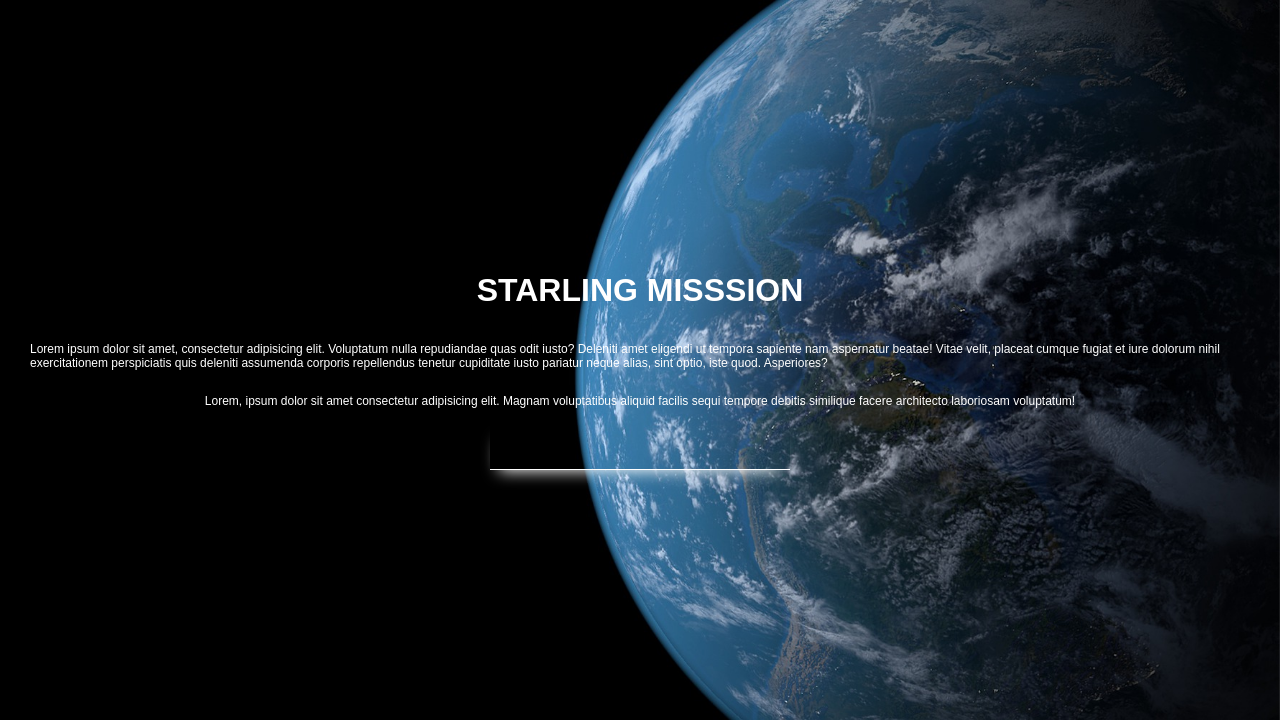
Repository: PJasiczek/vue-shop
Page: /
An editor plug-in stored every save of this project. The page is shown before and after the next save, followed by the edit.
The browser window is 1280 px wide. The pictures show the whole page.
The first visible `input` has the focus.
Some web fonts or font styles are not loaded; a fallback is used. The project was rebuilt for these pictures with package versions that can differ from the ones it lists, and the page was loaded fresh each time.

Above is the page before, as saved 2020-04-06 17:10:41.

### src/App.vue
<template>
  <div class="wrapper">
    <BackgroundImage/>
    <Claim/>
    <SearchInput/>
  </div>
</template>

<script>

import debounce from 'lodash/debounce';

import Claim from '@/components/Claim.vue';

import SearchInput from '@/components/SearchInput.vue';

import BackgroundImage from '@/components/BackgroundImage.vue';

const axios = require('axios');

const API = 'https://api.spacexdata.com/v3/launches?rocket_name=';

export default {
  name: 'Search',
  components: {
    Claim, SearchInput, BackgroundImage,
  },
  data() {
    return {
      searchValue: '',
      results: [],
    };
  },
  methods: {
    // eslint-disable-next-line
    handleInput: debounce(function() {
      axios.get(`${API}${this.searchValue}`)
        .then((response) => {
          this.results = response.data;
          console.log(response.data);
        }).catch((error) => {
          console.log(error);
        });
    }, 500),
  },
};
</script>

<style lang="scss">
  @import url('https://fonts.googleapis.com/css2?family=Baloo+Thambi+2:wght@400;500;600;700;800&display=swap');
  *{
    box-sizing: border-box;
  }

  body{
    margin: 0;
    padding: 0;
    font-family: 'Baloo Thambi 2', sans-serif;
  }
  .wrapper{
    display: flex;
    width: 100%;
    min-height: 100vh;
    flex-direction: column;
    justify-content: center;
    align-items: center;
    margin: 0;
    padding: 30px;
  }

</style>

### src/components/Claim.vue
<template>
  <div class="claimWrapper">
      <h1 class="claim">STARLING MISSSION</h1>
      <p class="subclaim">Lorem ipsum dolor sit amet, consectetur adipisicing elit. Voluptatum nulla repudiandae quas odit iusto? Deleniti amet eligendi ut tempora sapiente nam aspernatur beatae! Vitae velit, placeat cumque fugiat et iure dolorum nihil exercitationem perspiciatis quis deleniti assumenda corporis repellendus tenetur cupiditate iusto pariatur neque alias, sint optio, iste quod. Asperiores?</p>
      <p class="subclaim">Lorem, ipsum dolor sit amet consectetur adipisicing elit. Magnam voluptatibus aliquid facilis sequi tempore debitis similique facere architecto laboriosam voluptatum!</p>
  </div>
</template>

<script>
/* eslint-disable eol-last */
export default {
  name: 'Claim',
};
</script>
<style lang="scss" scoped>
.claimWrapper{
    display: flex;
    flex-direction: column;
    justify-content: center;
    align-items: center;
    color: #ffffff;

    .h1{

    }

    .subclaim{
        font-size: 12px;
    }
}

</style>

### src/components/SearchInput.vue
<template>
    <div class="searchWrapper">
      <input id="search" name="search" v-model="searchValue" @input="handleInput"/>
    </div>
</template>

<script>
/* eslint-disable eol-last */
export default {
  name: 'SearchInput',
};
</script>

<style lang="scss" scoped>
.searchWrapper{
  display: flex;
  flex-direction: column;
  align-items: center;

  input{
    height: 50px;
    width: 250px;
    border: 0;
    text-align: center;
    border-bottom: 1px solid #ffffff;
    background: none;
    transition: box-shadow .5s, width 0.25s ease-in-out;
    color: #ffffff;
  }

  input:focus{
      outline: none;
      box-shadow: -1px 11px 16px -10px #ffffff;
      width: 300px;
  }
}
</style>

### src/components/BackgroundImage.vue
<template>
  <div class="backgroudImage"/>
</template>

<script>
/* eslint-disable eol-last */
export default {
  name: 'BackgroudImage',
};
</script>
<style lang="scss" scoped>
.backgroudImage{
    position: fixed;
    top: 0;
    z-index: -1;
    width: 100%;
    height: 100vh;
    background: url('../assets/4.jpg');
    background-repeat: no-repeat;
    background-size: cover;
}

</style>

Loaded but not shown: public/index.html (common file); src/main.js (common file)

After the next save:
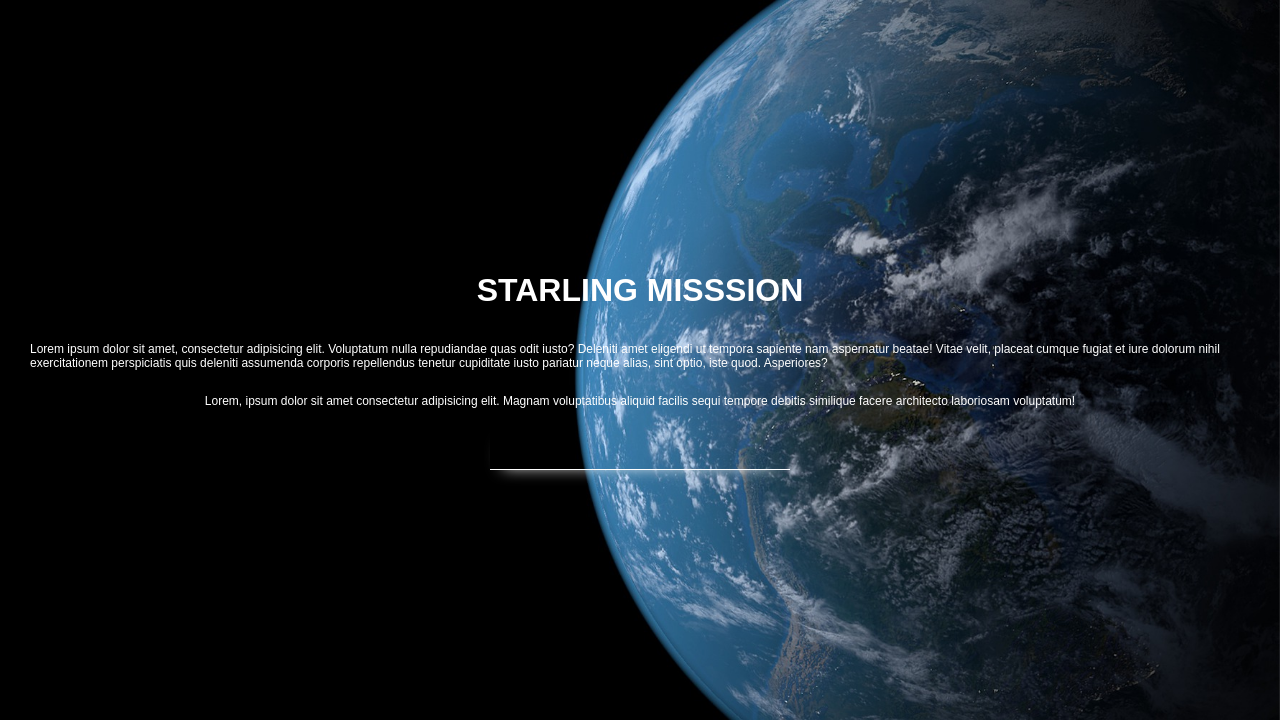
Saved 22 s later.
--- a/src/components/SearchInput.vue
+++ b/src/components/SearchInput.vue
@@ -30,7 +30,7 @@
 
   input:focus{
       outline: none;
-      box-shadow: -1px 11px 16px -10px #ffffff;
+      box-shadow: -1px 11px 16px -14px #ffffff;
       width: 300px;
   }
 }
